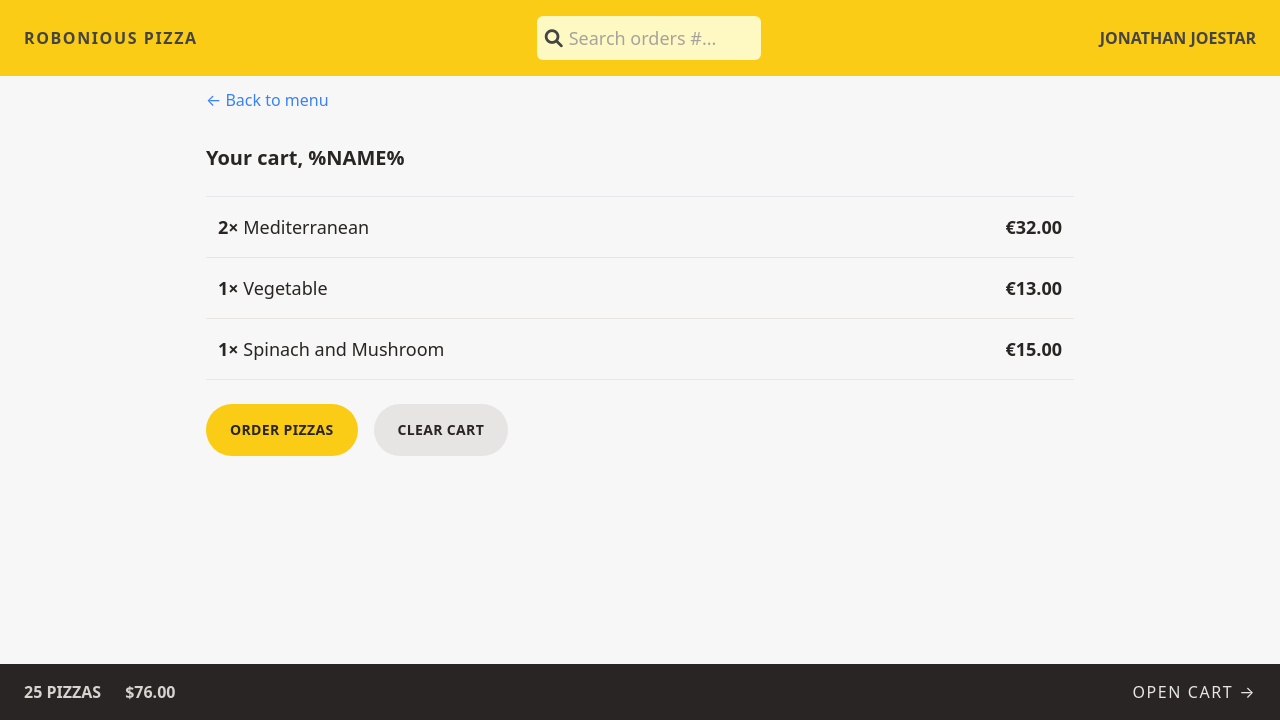
Repository: Alexro04/fast-food
Page: /cart (app in fast-food/)
An editor plug-in stored every save of this project. The page is shown before and after the next save, followed by the edit.
The browser window is 1280 px wide. The pictures show the whole page.
The project was rebuilt for these pictures with package versions that can differ from the ones it lists, and the page was loaded fresh each time. Also part of the build but not shown: fast-food/vite.config.js, fast-food/src/features/user/CreateUser.jsx, fast-food/src/ui/Home.jsx, fast-food/src/ui/Loading.jsx, fast-food/src/utils/apiRestaurant.js, fast-food/src/features/order/OrderItem.jsx, fast-food/src/features/order/Order.jsx, fast-food/src/features/menu/MenuItem.jsx and 3 more.

Above is the page before, as saved 2025-03-14 05:53:37.

### fast-food/index.html
<!doctype html>
<html lang="en">
  <head>
    <meta charset="UTF-8" />
    <link rel="icon" type="image/svg+xml" href="/vite.svg" />
    <link
      rel="stylesheet"
      href="https://cdnjs.cloudflare.com/ajax/libs/font-awesome/6.0.0-beta3/css/all.min.css"
    />
    <meta name="viewport" content="width=device-width, initial-scale=1.0" />
    <title>Vite + React</title>
  </head>
  <body>
    <div id="root"></div>
    <script type="module" src="/src/main.jsx"></script>
  </body>
</html>

### fast-food/src/index.css
@tailwind base;
@tailwind components;
@tailwind utilities;
@layer components {
  .input {
    @apply rounded-full border border-stone-200 px-4 py-2 transition-all duration-300 focus:outline-none focus:ring focus:ring-yellow-300 md:px-6 md:py-3;
  }
}

body {
  font-family:
    system-ui,
    -apple-system,
    BlinkMacSystemFont,
    "Segoe UI",
    Roboto,
    Oxygen,
    Ubuntu,
    Cantarell,
    "Open Sans",
    "Helvetica Neue",
    sans-serif;
  background-color: #f7f7f7;
  color: #444;
}

.layout {
  display: grid;
  grid-template-rows: auto 1fr auto;
  gap: 32px;
  height: 100dvh;
}

/* https://dev.to/afif/i-made-100-css-loaders-for-your-next-project-4eje */
.loader {
  width: 45px;
  aspect-ratio: 0.75;
  --c: no-repeat linear-gradient(#333 0 0);
  background:
    var(--c) 0% 50%,
    var(--c) 50% 50%,
    var(--c) 100% 50%;
  background-size: 20% 50%;
  animation: loading 1s infinite linear;
}

@keyframes loading {
  20% {
    background-position:
      0% 0%,
      50% 50%,
      100% 50%;
  }
  40% {
    background-position:
      0% 100%,
      50% 0%,
      100% 50%;
  }
  60% {
    background-position:
      0% 50%,
      50% 100%,
      100% 0%;
  }
  80% {
    background-position:
      0% 50%,
      50% 50%,
      100% 100%;
  }
}

### fast-food/src/App.jsx
import { createBrowserRouter, RouterProvider } from "react-router-dom"
import Home from "./ui/Home"
import AppLayout from "./ui/AppLayout"
import Cart from './features/cart/Cart'
import Order, { loader as orderLoader } from './features/order/Order'
import Menu, { loader as menuLoader } from './features/menu/Menu'
import Error from './ui/Error'
import CreateOrder, { action as createOrderAction } from "./features/order/CreateOrder"

function App() {
  const router = createBrowserRouter([
    {
      element: <AppLayout />,
      errorElement: <Error />,
      children: [
        {
          path: '/',
          element: <Home />
        },
        {
          path: '/cart',
          element: <Cart />
        },
        {
          path: '/order/:orderId',
          element: <Order />,
          loader: orderLoader,
          errorElement: <Error />
        },
        {
          path: '/order/new',
          element: <CreateOrder />,
          action: createOrderAction
        },
        {
          path: '/menu',
          element: <Menu />,
          loader: menuLoader,
          errorElement: <Error />
        },
      ]
    }
  ])

  return (
    <RouterProvider router={router} />
  )
}

export default App

### fast-food/src/ui/AppLayout.jsx
import { Outlet, useNavigation } from "react-router-dom";
import Header from "./Header";
import Loading from "./Loading";
import Footer from "./Footer";

export default function AppLayout() {
  const navigation = useNavigation();
  const isLoading = navigation.state === "loading";

  return (
    <div className="grid h-screen grid-rows-[auto_1fr_auto]">
      {isLoading && <Loading />}
      <Header />
      <main className="flex overflow-y-scroll">
        <div className="mx-auto w-full max-w-[900px]">
          <Outlet />
        </div>
      </main>
      <Footer />
    </div>
  );
}

### fast-food/src/features/cart/Cart.jsx
import { Link } from "react-router-dom";
import Button from "../../ui/Button";
import CartItem from "./CartItem";

const fakeCart = [
  {
    pizzaId: 12,
    name: "Mediterranean",
    quantity: 2,
    unitPrice: 16,
    totalPrice: 32,
  },
  {
    pizzaId: 6,
    name: "Vegetable",
    quantity: 1,
    unitPrice: 13,
    totalPrice: 13,
  },
  {
    pizzaId: 11,
    name: "Spinach and Mushroom",
    quantity: 1,
    unitPrice: 15,
    totalPrice: 15,
  },
];

function Cart() {
  const cart = fakeCart;

  return (
    <div className="px-4 py-3 text-stone-800">
      <Link to="/menu" className="text-blue-500" font-semibold>
        &larr; Back to menu
      </Link>

      <h2 className="mt-8 text-xl font-semibold">Your cart, %NAME%</h2>
      <ul className="my-6 divide-y divide-stone-200 border-y">
        {cart.map((item) => (
          <CartItem item={item} />
        ))}
      </ul>
      <div className="space-x-4">
        <Button type="primary" to="/order/new">
          Order pizzas
        </Button>
        <Button type="secondary">Clear cart</Button>
      </div>
    </div>
  );
}

export default Cart;

### fast-food/src/ui/Header.jsx
import { Link } from "react-router-dom";
import Search from "./Search";

function Header() {
  return (
    <header className="flex items-center justify-between bg-yellow-400 px-3 py-4 sm:px-6 md:text-lg">
      <Link
        to="/"
        className="whitespace-nowrap text-base font-semibold uppercase tracking-wider sm:tracking-widest"
      >
        Robonious Pizza
      </Link>
      <Search />
      <p className="hidden text-base font-semibold uppercase sm:block">
        Jonathan Joestar
      </p>
    </header>
  );
}

export default Header;

### fast-food/src/ui/Footer.jsx
import { Link } from "react-router-dom";

function Footer() {
  return (
    <div className="flex justify-between bg-stone-800 px-3 py-4 text-sm uppercase text-stone-200 sm:px-6 md:text-base">
      <p className="space-x-2 font-semibold text-stone-300 sm:space-x-6">
        <span>25 pizzas</span>
        <span>$76.00</span>
      </p>
      <Link to="/cart" className="tracking-widest">
        open cart &rarr;
      </Link>
    </div>
  );
}

export default Footer;

### fast-food/src/ui/Button.jsx
import React from "react";
import { Link } from "react-router-dom";

function Button({ children, disabled, type, to }) {
  const base =
    "inline-block tracking-wide disabled:cursor-not-allowed rounded-full transition-colors duration-300 font-semibold uppercase focus:outline-none focus:ring-2 focus:ring-offset-2 ";

  const base_primary =
    base +
    "bg-yellow-400 text-stone-800 hover:bg-yellow-300 focus:bg-yellow-300 focus:ring-yellow-300 ";

  const base_secondary =
    base +
    "bg-stone-200 text-stone-800 hover:bg-stone-800 hover:text-stone-200 focus:bg-stone-800 focus:text-stone-200 focus:ring-stone-800 ";

  const style = {
    primary: base_primary + "px-4 py-3 text-sm md:px-6 md:py-4",
    secondary: base_secondary + "px-4 py-3 text-sm md:px-6 md:py-4",
    small: base_primary + "px-4 py-2 text-xs md:px-5 md:py-2.5",
  };

  if (to)
    return (
      <Link to={to} className={style[type]}>
        {children}
      </Link>
    );

  return (
    <button disabled={disabled} className={style[type]}>
      {children}
    </button>
  );
}

export default Button;

### fast-food/src/features/cart/CartItem.jsx
import { formatCurrency } from "../../utils/helpers";

function CartItem({ item }) {
  const { pizzaId, name, quantity, totalPrice } = item;

  return (
    <li className="flex items-center justify-between px-2 py-3 sm:px-3 sm:py-4 sm:text-lg">
      <p>
        <span className="font-semibold">{quantity}&times;</span> {name}
      </p>
      <div className="font-semibold">
        <p>{formatCurrency(totalPrice)}</p>
      </div>
    </li>
  );
}

export default CartItem;

### fast-food/src/ui/Search.jsx
import { useState } from "react";
import { useNavigate } from "react-router-dom";

function Search() {
  const [query, setQuery] = useState("");
  const navigate = useNavigate();

  function handleSubmit(e) {
    e.preventDefault();
    if (!query) return;
    navigate(`/order/${query}`);
    setQuery("");
  }

  return (
    <form onSubmit={handleSubmit} className="relative flex items-center">
      <i class="fas fa-search absolute left-2"></i>
      <input
        type="text"
        value={query}
        onChange={(e) => setQuery(e.target.value)}
        placeholder="Search orders #..."
        className="duration- rounded-md bg-yellow-100 py-2 pl-8 pr-4 transition-all placeholder:text-stone-400 focus:outline-none focus:ring focus:ring-yellow-500 focus:ring-opacity-50 sm:w-56 sm:focus:w-72 sm:focus:ring"
      />
    </form>
  );
}

export default Search;

Loaded but not shown: fast-food/src/main.jsx (common file); fast-food/src/utils/helpers.js (common file); fast-food/tailwind.config.js (common file)

After the next save:
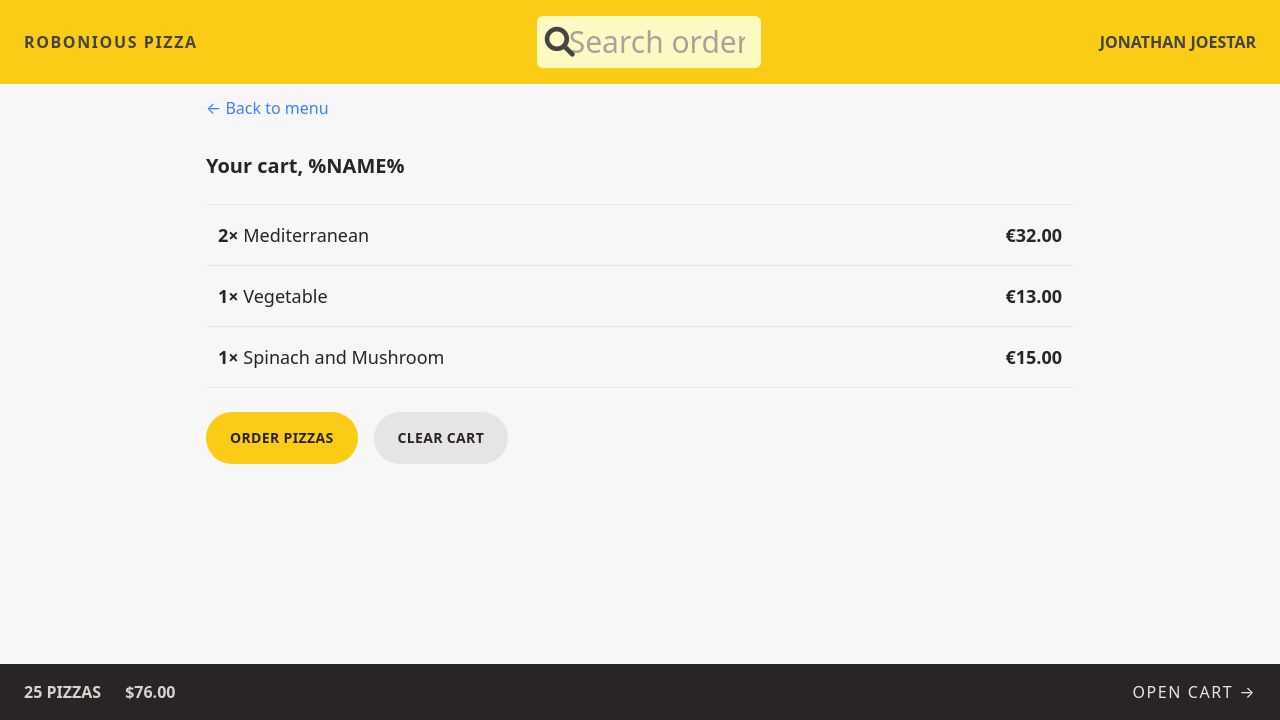
Saved 20 s later.
--- a/fast-food/src/ui/Header.jsx
+++ b/fast-food/src/ui/Header.jsx
@@ -3,7 +3,7 @@ import Search from "./Search";
 
 function Header() {
   return (
-    <header className="flex items-center justify-between bg-yellow-400 px-3 py-4 sm:px-6 md:text-lg">
+    <header className="flex items-center justify-between bg-yellow-400 px-3 py-4 sm:px-6 md:text-3xl">
       <Link
         to="/"
         className="whitespace-nowrap text-base font-semibold uppercase tracking-wider sm:tracking-widest"
